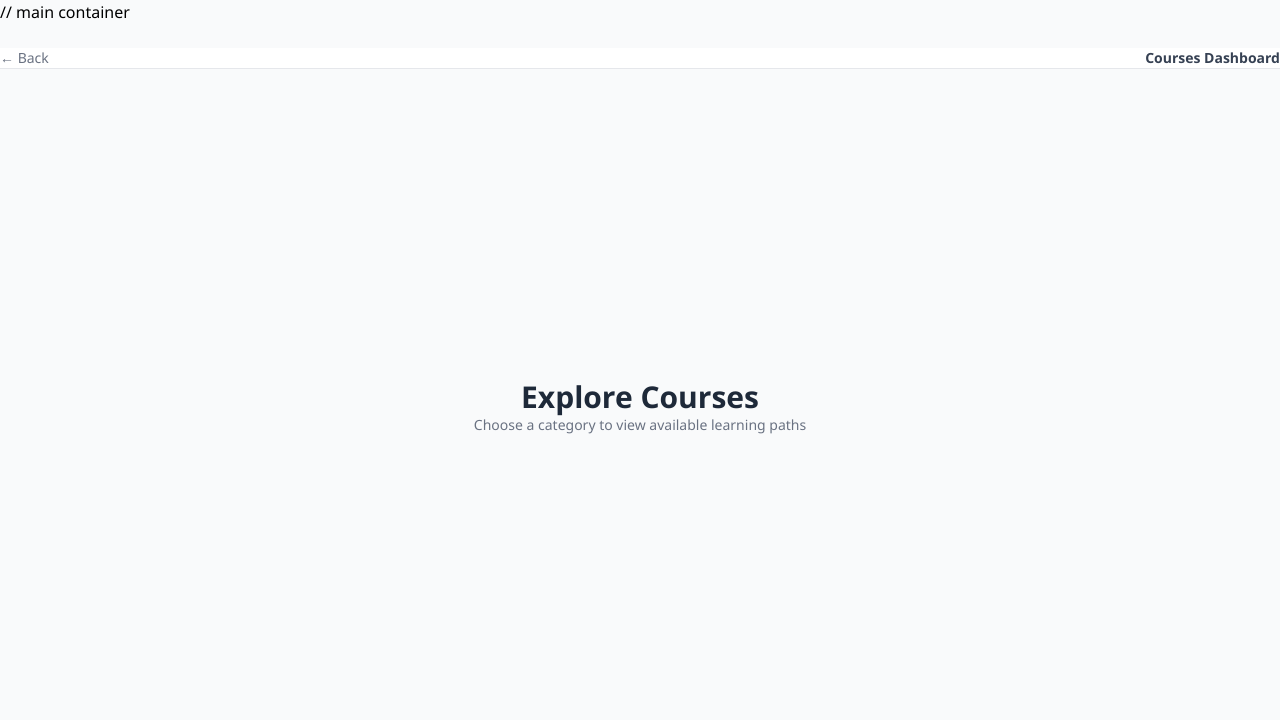
Repository: RahulRajKhadka/nextjs-dashboard-app
Page: /task2
The author's editor kept a copy of each file at every save. The page is drawn from the files as they stood at one save, then again after the next save.
The browser window is 1280 px wide. The pictures show the whole page.
The project was rebuilt for these pictures with package versions that can differ from the ones it lists, and the page was loaded fresh each time. The framework's server and built-in components were replaced by stand-ins that run in the browser. Also part of the build but not shown: next.config.ts.

Above is the page before, as saved 2026-04-10 14:57:34.

### src/app/layout.tsx
import type { Metadata } from "next";
import "./globals.css";

export const metadata: Metadata = {
  title: "SkillShikshya Tasks",
  description: "Frontend & Logical Tasks",
};

export default function RootLayout({
  children,
}: {
  children: React.ReactNode;
}) {
  return (
    <html lang="en">
      <body>{children}</body>
    </html>
  );
}

### src/app/task2/page.tsx
"use client";
import dynamic from "next/dynamic";
import Link from "next/link";

const CourseCards = dynamic(() => import("@/components/task2/CourseCards"), {
  loading: () => (
    <div className="flex items-center justify-center h-[300px] text-gray-400 text-sm">
      Loading courses...
    </div>
  ),
  ssr: false,
});

export default function Task2Page() {
  return (
    <main className="min-h-screen bg-gray-50 flex flex-col gap-6 "> // main container

      {/* Top Bar */}
      <div className="flex items-center justify-between px-6 md:px-10 py-4 border-b border-gray-200 bg-white">
        <Link
          href="/"
          className="text-sm text-gray-500 hover:text-gray-900 transition-colors"
        >
          ← Back
        </Link>

        <span className="text-sm font-semibold text-gray-700">
          Courses Dashboard
        </span>
      </div>

      {/* Centered Content */}
      <div className="flex-1 flex items-center justify-center px-4 py-10">

        <div className="w-full max-w-6xl">

          {/* Heading */}
          <div className="mb-8 text-center mt-10">
            <h1 className="text-3xl font-bold text-gray-800">
              Explore Courses
            </h1>
            <p className="text-gray-500 text-sm mt-2">
              Choose a category to view available learning paths
            </p>
          </div>

          {/* Cards */}
          <div className="bg-white rounded-3xl shadow-sm p-4 md:p-6">
            <CourseCards />
          </div>

        </div>

      </div>
    </main>
  );
}

### src/app/globals.css
@import "tailwindcss";

* {
  margin: 0;
  padding: 0;
  box-sizing: border-box;
}

html {
  scroll-behavior: smooth;
}

body {
  font-family: "Segoe UI", sans-serif;
  background-color: #f5f5f5;
}

.vertical-text {
  writing-mode: vertical-rl;
  transform: rotate(180deg);
}

### src/components/task2/CourseCards.tsx
"use client";

import { useState, useRef, useLayoutEffect } from "react";
import CourseCard from "./CourseCard";
import { courseCardsData } from "./courseCardsData";
import gsap from "gsap";

export default function CourseCards() {
  const [expandedId, setExpandedId] = useState<number>(1);
  const [directionMap, setDirectionMap] = useState<Map<number, "left" | "right">>(new Map());

  const cardRefs = useRef<(HTMLDivElement | null)[]>([]);
  const labelRefs = useRef<(HTMLDivElement | null)[]>([]); // Store label refs
  const numberRefs = useRef<(HTMLDivElement | null)[]>([]); // Store number refs
  const containerRef = useRef<HTMLDivElement>(null);
  const expandedWidth = useRef(0);
  const collapsedWidth = useRef(0);
  const isAnimating = useRef(false);

  useLayoutEffect(() => {
    const container = containerRef.current;
    if (!container) return;

    const totalWidth = container.clientWidth;
    const gap = 16;
    const totalGap = gap * (courseCardsData.length - 1);
    const unit = (totalWidth - totalGap) / courseCardsData.length;

    expandedWidth.current = unit * 1.4;
    collapsedWidth.current = unit * 0.6;

    const initialDirectionMap = new Map<number, "left" | "right">();
    courseCardsData.forEach((course, index) => {
      const initialDirection = index === 0 ? "right" : "left";
      initialDirectionMap.set(course.id, initialDirection);
    });
    setDirectionMap(initialDirectionMap);

    cardRefs.current.forEach((el, i) => {
      if (el) {
        gsap.set(el, {
          width: courseCardsData[i].id === 1 ? expandedWidth.current : collapsedWidth.current,
        });
      }
    });
  }, []);

  const getDirectionForCard = (clickedId: number, currentExpandedId: number): "left" | "right" => {
    const clickedIndex = courseCardsData.findIndex((c) => c.id === clickedId);
    const expandedIndex = courseCardsData.findIndex((c) => c.id === currentExpandedId);

    if (clickedIndex === 0) return "right";
    if (clickedIndex === courseCardsData.length - 1) return "left";

    if (clickedIndex < expandedIndex) return "right";
    return "left";
  };

  const handleCardClick = (courseId: number) => {
    if (courseId === expandedId || isAnimating.current) return;

    const newDirection = getDirectionForCard(courseId, expandedId);
    const prevIndex = courseCardsData.findIndex((c) => c.id === expandedId);
    const newIndex = courseCardsData.findIndex((c) => c.id === courseId);

    isAnimating.current = true;

    const tl = gsap.timeline({
      onComplete: () => {
        isAnimating.current = false;
      },
    });

    setDirectionMap(prev => {
      const newMap = new Map(prev);
      newMap.set(courseId, newDirection);
      return newMap;
    });

    // Get label and number elements for animation
    const oldLabel = labelRefs.current[prevIndex];
    const newLabel = labelRefs.current[newIndex];
    const oldNumber = numberRefs.current[prevIndex];
    const newNumber = numberRefs.current[newIndex];
    const courseData = courseCardsData[newIndex];

    // Animate old card collapse
    tl.to(cardRefs.current[prevIndex], {
      width: collapsedWidth.current,
      duration: 0.5,
      ease: "power3.inOut",
    }, 0);

    // Animate old label back to collapsed state
    if (oldLabel) {
      tl.to(oldLabel, {
        rotation: -90,
        x: 0,
        y: 0,
        color: courseData.textColor,
        duration: 0.5,
        ease: "power2.inOut",
      }, 0);
    }

    // Animate old number color
    if (oldNumber) {
      tl.to(oldNumber, {
        color: courseData.textColor,
        duration: 0.3,
      }, 0);
    }

    // Update expanded ID mid-timeline
    tl.call(() => {
      setExpandedId(courseId);
    }, null, 0.25);

    // Animate new card expansion
    tl.to(cardRefs.current[newIndex], {
      width: expandedWidth.current,
      duration: 0.5,
      ease: "power3.inOut",
    }, 0.25);

    // Animate new label to expanded position
    if (newLabel && newNumber) {
      const labelRect = newLabel.getBoundingClientRect();
      const numberRect = newNumber.getBoundingClientRect();

      const targetX = numberRect.right + 16 - (labelRect.left + labelRect.width / 2);
      const targetY = numberRect.bottom - labelRect.height / 2 - labelRect.top - labelRect.height / 2;

      tl.fromTo(newLabel,
        {
          rotation: -90,
          x: 0,
          y: 0,
          color: courseData.textColor,
        },
        {
          rotation: 0,
          x: targetX,
          y: targetY,
          color: "#ffffff",
          duration: 0.5,
          ease: "back.out(0.3)",
        }, 0.25
      );
    }

    // Animate new number color
    if (newNumber) {
      tl.to(newNumber, {
        color: "#ffffff",
        duration: 0.3,
      }, 0.4);
    }
  };

  return (
    <div ref={containerRef} className="flex gap-4 w-full p-8 bg-blue-500 ">
      {courseCardsData.map((course, i) => (
        <div
          key={course.id}
          ref={(el) => {
            cardRefs.current[i] = el;
          }}
          className="shrink-0 overflow-hidden rounded-3xl"
        >
          <CourseCard
            course={course}
            isExpanded={expandedId === course.id}
            direction={directionMap.get(course.id) || (i === 0 ? "right" : "left")}
            isLeftmost={i === 0}
            onClick={() => handleCardClick(course.id)}
            labelRef={(el) => { labelRefs.current[i] = el; }}
            numberRef={(el) => { numberRefs.current[i] = el; }}
          />
        </div>
      ))}
    </div>
  );
}

### src/components/task2/CourseCard.tsx
"use client";

import Image from "next/image";
import { useRef, useLayoutEffect } from "react";
import { CourseCard as CourseCardType } from "@/types";
import gsap from "gsap";

interface Props {
  course: CourseCardType;
  isExpanded: boolean;
  onClick: () => void;
  direction: "left" | "right";
  isLeftmost?: boolean;
}

export default function CourseCard({
  course,
  isExpanded,
  onClick,
  direction,
  isLeftmost = false,
}: Props) {
  const numberRef = useRef<HTMLDivElement>(null);
  const collapsedLabelRef = useRef<HTMLDivElement>(null);
  const iconsRef = useRef<(HTMLSpanElement | null)[]>([]);
  const topbarRef = useRef<HTMLDivElement>(null);
  const expandedViewRef = useRef<HTMLDivElement>(null);
  const circleRef = useRef<HTMLDivElement>(null);

  useLayoutEffect(() => {
    if (!numberRef.current || !collapsedLabelRef.current) return;

    if (isExpanded) {
      // Create a timeline for smooth coordination
      const tl = gsap.timeline();

      // Show expanded view
      gsap.set(expandedViewRef.current, { display: "grid" });

      // Measure label and number positions
      const labelRect = collapsedLabelRef.current.getBoundingClientRect();
      const numberRect = numberRef.current.getBoundingClientRect();

      // Calculate target position (beside number with 16px gap)
      const targetX = numberRect.right + 16 - (labelRect.left + labelRect.width / 2);
      const targetY = numberRect.bottom - labelRect.height / 2 - labelRect.top - labelRect.height / 2;

      // 1. Circle wipe animation
      tl.to(circleRef.current, {
        clipPath: "circle(0% at 0% 100%)",
        duration: 1,
        ease: "power3.inOut",
      }, 0);

      // 2. Label animation (rotate + move) - starts at same time
      tl.fromTo(collapsedLabelRef.current,
        {
          rotation: -90,
          x: 0,
          y: 0,
          color: course.textColor,
        },
        {
          rotation: 0,
          x: 180,
          y: 188,
          color: "#ffffff",
          duration: 0.8,
          ease: "back.out(0.3)",
        }, 0
      );

      // 3. Number color change
      tl.to(numberRef.current, {
        color: "#ffffff",
        duration: 0.4,
      }, 0.2);

      // 4. Top bar animation
      const topbarFromX = direction === "left" ? 60 : -60;
      tl.fromTo(topbarRef.current,
        { opacity: 0, y: -15, x: topbarFromX },
        {
          opacity: 1,
          y: 0,
          x: 0,
          duration: 0.5,
          ease: "power2.out",
        }, 0.3
      );

      // 5. Icons animation (staggered)
      const iconsFromX = direction === "left" ? 120 : -120;
      gsap.set(iconsRef.current, { x: iconsFromX, opacity: 0 });
      iconsRef.current.forEach((icon, i) => {
        tl.to(icon, {
          x: 0,
          opacity: 1,
          duration: 0.4,
          ease: "power2.out",
        }, 0.4 + i * 0.08);
      });

    } else {
      // COLLAPSE ANIMATIONS - Smooth reverse
      const tl = gsap.timeline();

      // 1. Circle expands back
      tl.to(circleRef.current, {
        clipPath: "circle(130% at 0% 80%)",
        duration: 0.8,
        ease: "power3.inOut",
      }, 0);

      // 2. Label returns to collapsed position
      tl.to(collapsedLabelRef.current, {
        rotation: -90,
        x: 0,
        y: 0,
        color: course.textColor,
        duration: 0.6,
        ease: "power2.inOut",
      }, 0);

      // 3. Number color returns
      tl.to(numberRef.current, {
        color: course.textColor,
        duration: 0.3,
      }, 0.1);

      // 4. Hide expanded view
      tl.set(expandedViewRef.current, {
        display: "none"
      }, 0.3);

      // 5. Reset icons and topbar
      tl.set(iconsRef.current, {
        clearProps: "x,opacity"
      }, 0.4);

      tl.set(topbarRef.current, {
        clearProps: "x,y,opacity"
      }, 0.4);
    }
  }, [isExpanded, direction, course.textColor]);

  return (
    <div
      onClick={onClick}
      className="relative rounded-3xl overflow-hidden cursor-pointer h-full w-full"
      style={{ backgroundColor: course.bgExpanded }}
    >
      {/* Background circle */}
      <div
        ref={circleRef}
        className="absolute inset-0 z-[1]"
        style={{
          backgroundColor: course.bg,
          clipPath: "circle(150% at 0% 100%)",
        }}
      />

      {/* NUMBER — always bottom-left */}
      <div className="absolute bottom-0 left-6 z-[3] flex items-end p-4 pointer-events-none">
        <div ref={numberRef} className="flex items-end" style={{ color: course.textColor }}>
          <span
            className="font-black leading-none"
            style={{
              fontSize: "clamp(3.5rem,7vw,5.5rem)",
              color: "inherit",
            }}
          >
            {String(course.count).padStart(2, "0")}
          </span>
          <span className="font-black text-3xl mb-2 ml-1" style={{ color: "inherit" }}>
            +
          </span>
        </div>
      </div>

      {/* SINGLE LABEL — starts centered, rotates and moves on expand */}
      <div className="absolute  inset-0 z-[4]  flex items-center  pointer-events-none">
        <div
          ref={collapsedLabelRef}
          className="flex flex-col gap-1"
          style={{
            transform: "rotate(-90deg)",
            color: course.textColor,
          }}
        >
          <span className="font-bold text-[20px] whitespace-nowrap" style={{ color: "inherit" }}>
            {course.label}
          </span>
          <p className="text-[15px] opacity-60 whitespace-nowrap" style={{ color: "inherit" }}>
            {course.sublabel}
          </p>
        </div>
      </div>

      {/* EXPANDED VIEW — topbar + icons only */}
      <div
        ref={expandedViewRef}
        className="absolute inset-0 z-[2] p-5"
        style={{
          display: isExpanded ? "grid" : "none",
          gridTemplateRows: "auto 1fr auto",
        }}
      >
        {/* Row 1: topbar */}
        <div ref={topbarRef} className="flex justify-end mt-40 opacity-0">
          <span className="text-white/80 text-sm font-medium tracking-wide">
            View all Courses →
          </span>
        </div>

        {/* Row 2: icons */}
        <div className="flex gap-4 items-center justify-center">
          {course.icons?.map((iconPath, i) => (
            <span
              key={i}
              ref={(el) => (iconsRef.current[i] = el)}
              className="w-14 h-14 rounded-2xl bg-white/90 backdrop-blur-sm flex items-center justify-center shadow-lg"
            >
              <Image src={iconPath} alt="" width={32} height={32} className="opacity-80" />
            </span>
          ))}
        </div>

        {/* Row 3: empty spacer */}
        <div className="h-20" />
      </div>
    </div>
  );
}

### src/components/task2/courseCardsData.ts
import { CourseCard } from "@/types";

export const courseCardsData: CourseCard[] = [
  {
    id: 1,
    count: "23",
    label: "All Courses",
    sublabel: "courses you're powering through right now.",
    bg: "#F9E8E7",        // ← was "#D94F3D", should be light pink
    textColor: "#D94F3D",  // ← was "white", red for collapsed state
    bgExpanded: "#D94F3D",
    icons: ["/images/react.svg", "/images/likes.svg", "/images/design.svg", "/images/view.svg"],
  },
  {
    id: 2,
    count: "05",
    label: "Upcoming Courses",
    sublabel: "exciting new courses waiting to boost your skills.",
    bg: "#F9E8E7",
    textColor: "#D94F3D",
    bgExpanded: "#D94F3D",
    icons: ["/images/react.svg", "/images/likes.svg", "/images/design.svg", "/images/view.svg"],
  },
  {
    id: 3,
    count: "10",
    label: "Ongoing Courses",
    sublabel: "currently happening—don't miss out on the action!",
    bg: "#F9E8E7",
    textColor: "#D94F3D",
    bgExpanded: "#D94F3D",
    icons: ["/images/react.svg", "/images/likes.svg", "/images/design.svg", "/images/view.svg"],
  },
];

After the next save:
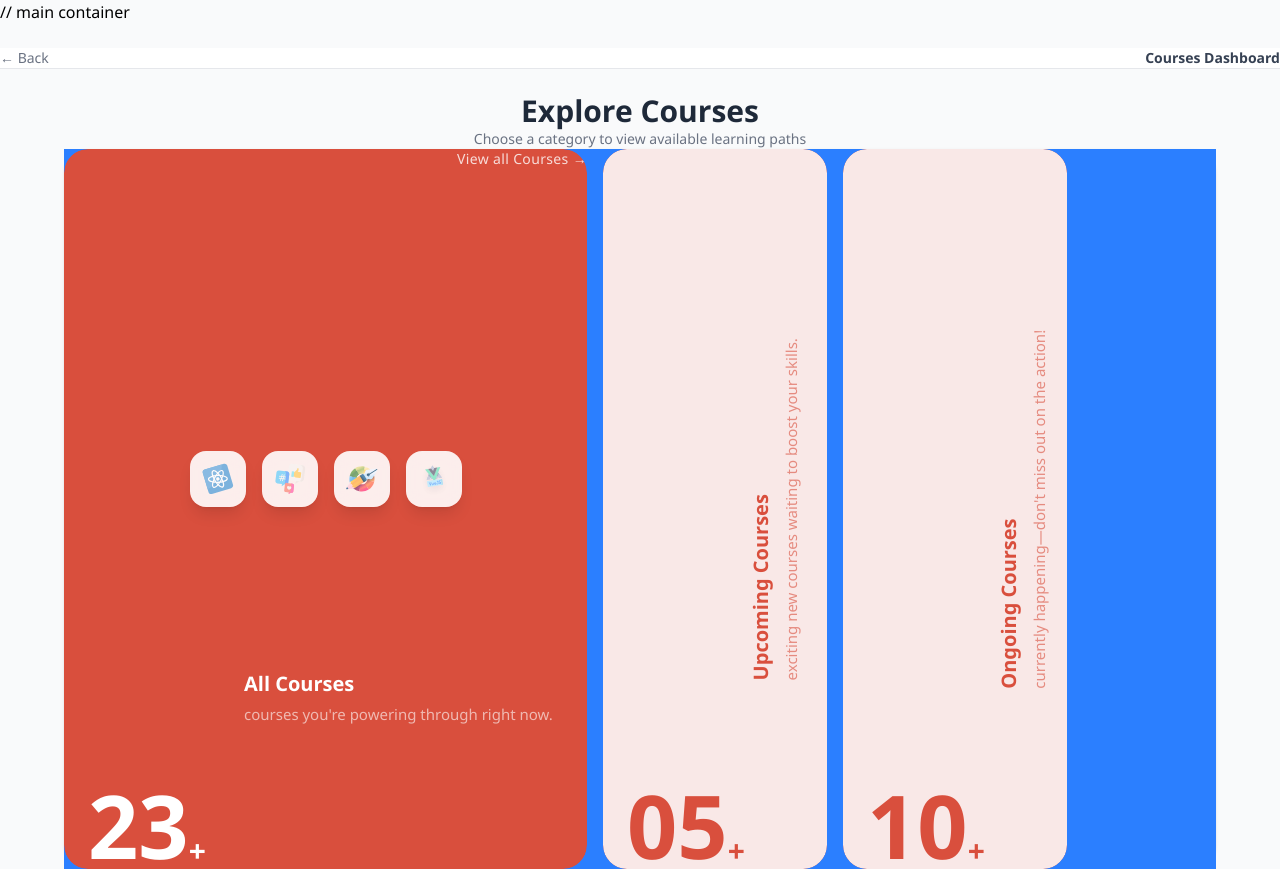
Saved 2 min 3 s later.
--- a/src/components/task2/CourseCards.tsx
+++ b/src/components/task2/CourseCards.tsx
@@ -159,7 +159,7 @@ export default function CourseCards() {
   };
 
   return (
-    <div ref={containerRef} className="flex gap-4 w-full p-8 bg-blue-500 ">
+    <div ref={containerRef} className="flex gap-4 w-full p-8 bg-blue-500 h-screen ">
       {courseCardsData.map((course, i) => (
         <div
           key={course.id}
